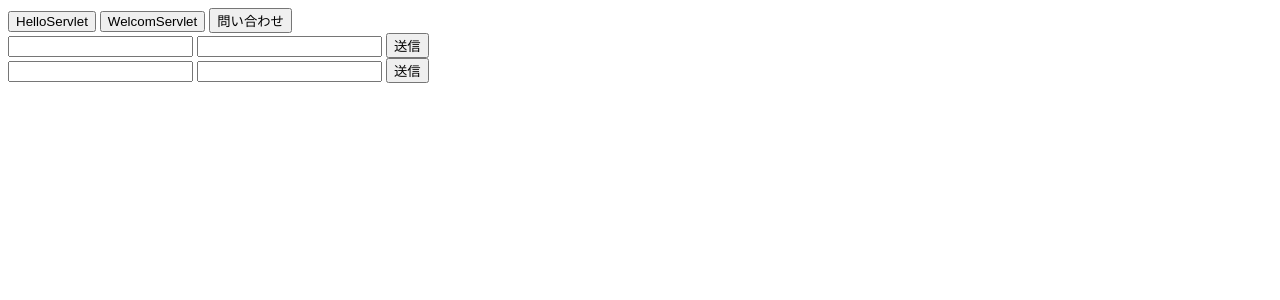
Repository: cha-git/test
Page: http://localhost/HelloServlet/
An editor plug-in stored every save of this project. The page is shown before and after the next save, followed by the edit.
The browser window is 1280 px wide. The pictures show the whole page.
The page is served by Tomcat 9.

Above is the page before, as saved 2018-12-05 11:15:19.

After the next save:
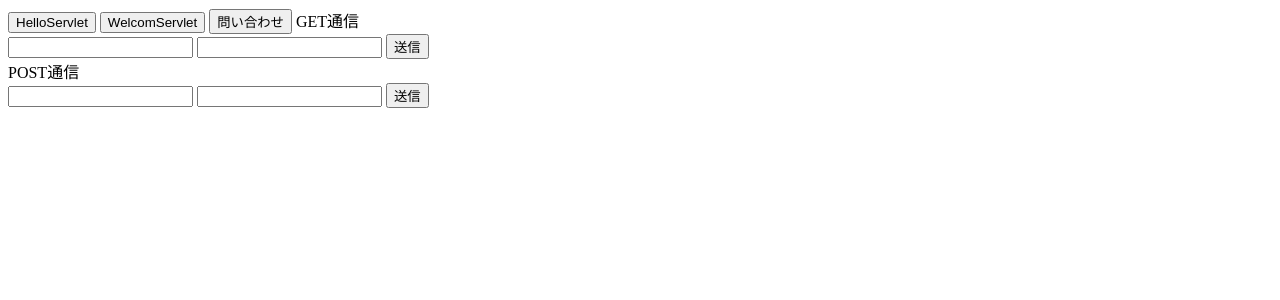
Saved 18 s later.
--- a/HelloServlet/WebContent/index.jsp
+++ b/HelloServlet/WebContent/index.jsp
@@ -11,13 +11,13 @@
 	<input type="button" value="WelcomServlet" onClick="location.href='welcome.jsp'">
 	<input type="button" value="問い合わせ" onClick="location.href='inquiry.jsp'">
 
-	<!-- GET通信 -->
+	GET通信
 	<form method="get" action="TestServlet">
 		<input type="text" name="username">
 		<input type="password" name="password">
 		<input type="submit" value="送信">
 	</form>
-	<!-- POST通信 -->
+	 POST通信
 	<form method="post" action="TestServlet">
 		<input type="text" name="username">
 		<input type="password" name="password">
